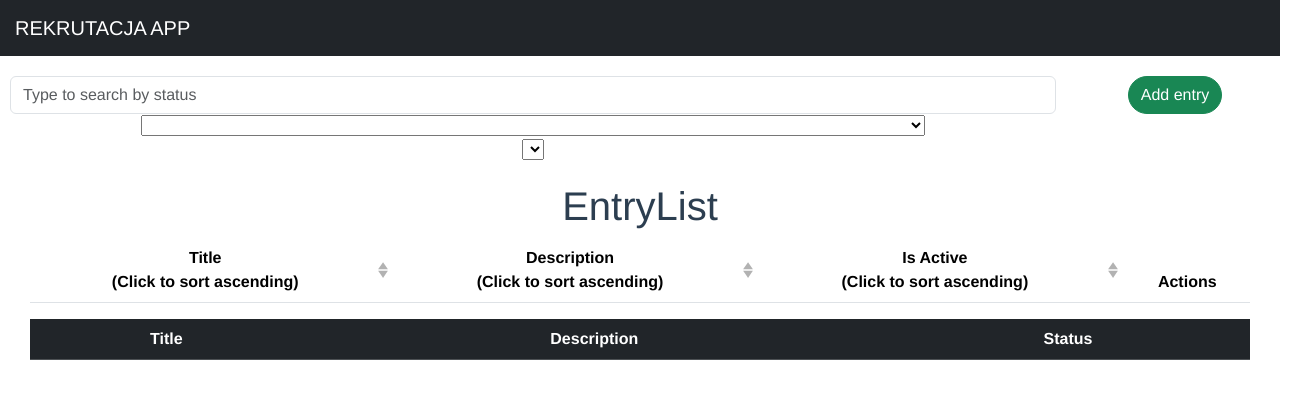
Repository: Madaless/vue_elastic
Page: / (app in vuejsapp/crudapp/)
An editor plug-in stored every save of this project. The page is shown before and after the next save, followed by the edit.
The browser window is 1280 px wide. The page is 1292 px wide, so the pictures cover 1292 px, including what lies to the right of the window. The pictures show the whole page.
The page's requests for data from a server got no answer. The project was rebuilt for these pictures with package versions that can differ from the ones it lists, and the page was loaded fresh each time. No one was signed in, and anything a server would have sent is missing.

Above is the page before, as saved 2021-09-12 17:31:40.

After the next save:
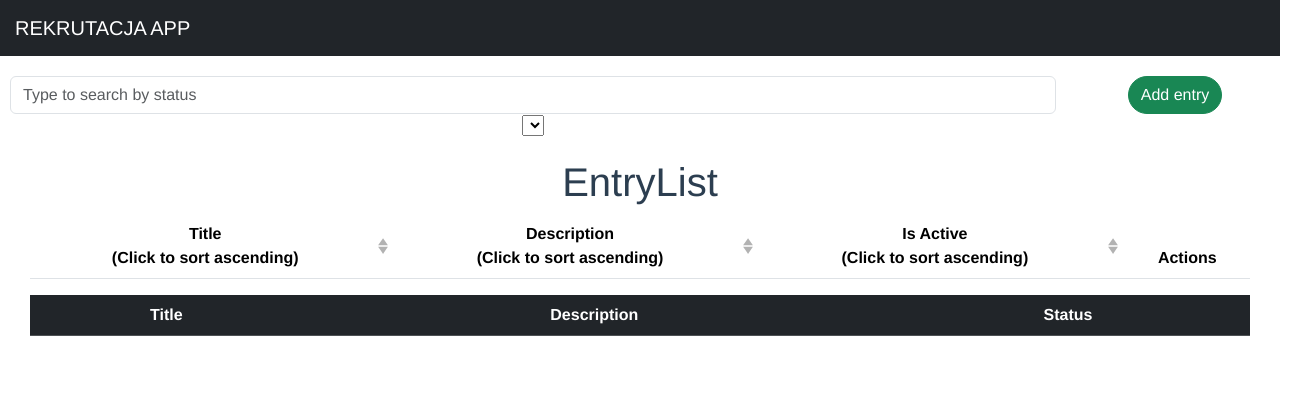
Saved 32 s later.
--- a/vuejsapp/crudapp/src/components/FilterEntry.vue
+++ b/vuejsapp/crudapp/src/components/FilterEntry.vue
@@ -7,7 +7,7 @@
       placeholder="Type to search by status"
     ></b-form-input>
 
-    <b-form-select
+    <!-- <b-form-select
       id="sort-by-select"
       v-model="sortBy"
       :options="sortOptions"
@@ -16,7 +16,7 @@
       <template #first>
         <option value="">-- none --</option>
       </template>
-    </b-form-select>
+    </b-form-select> -->
 
   <div>
     <b-form-select size="xl" v-model="selected" :options="options"></b-form-select>
